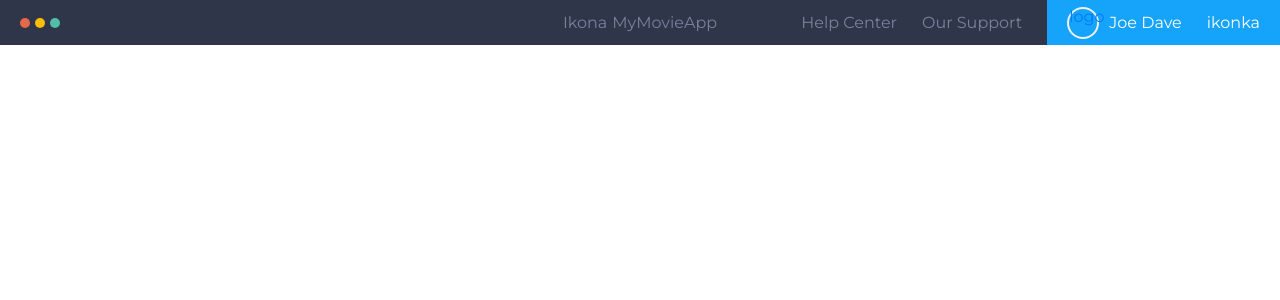
Repository: zyng/movie
Page: /
These files come from the project's save history. The page is drawn as it stood at one moment and after the next save; the edit follows.
The browser window is 1280 px wide. The pictures show the whole page.
Some web libraries are served in a nearby version. The project was rebuilt for these pictures with package versions that can differ from the ones it lists, and the page was loaded fresh each time.

Above is the page before, as saved 2019-01-14 20:10:44.

After the next save:
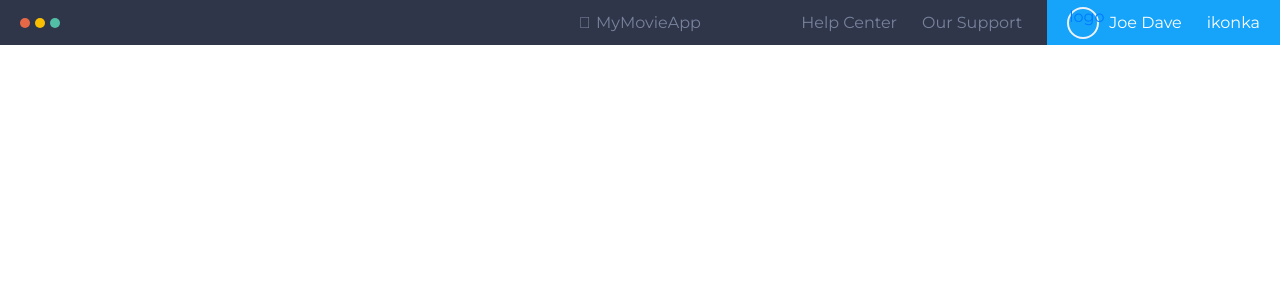
Saved 48 s later.
--- a/src/components/Header/Header.js
+++ b/src/components/Header/Header.js
@@ -14,7 +14,7 @@
                     <div className="header__logo--green"></div>
                 </div>
                 <div className="header__title">
-                    <i>Ikona</i>
+                    <i class="fas fa-film"></i>
                     <span>MyMovieApp</span>
                 </div>
                 <nav className="header__nav">
